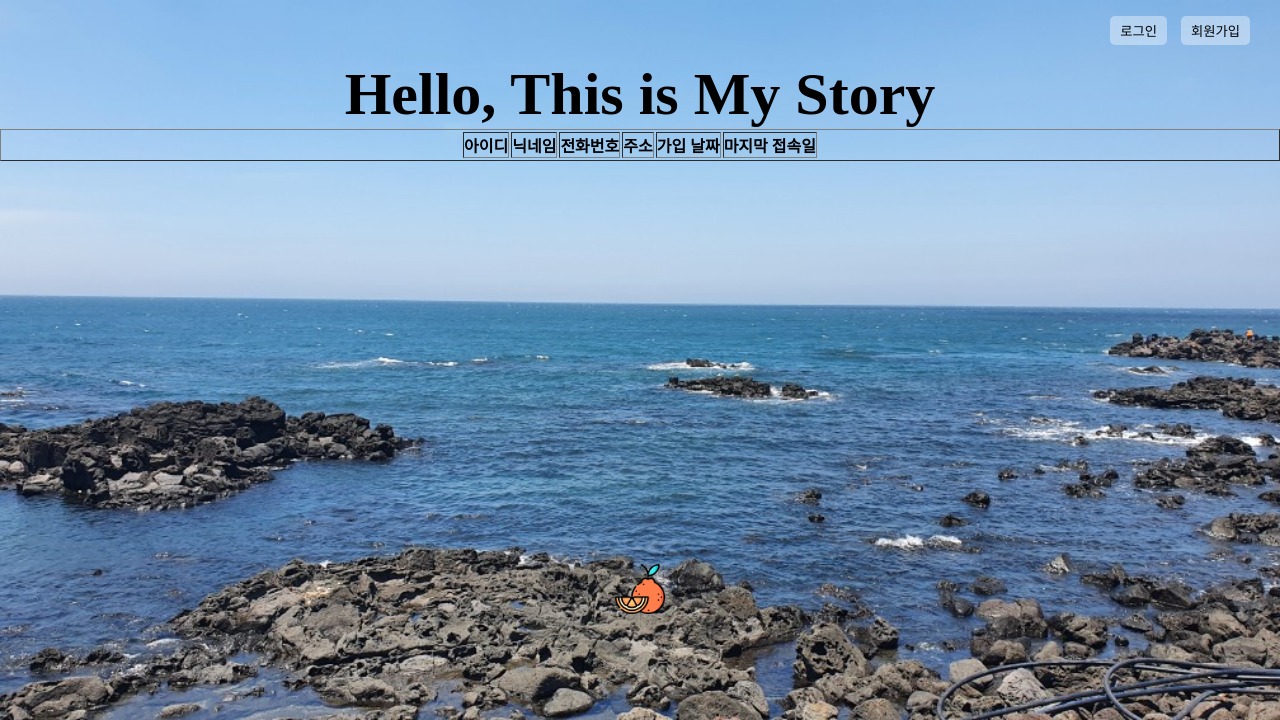
Repository: jeeniii/test2022_12_29
Page: http://localhost/portfolio/member/list.jsp
The author's editor kept a copy of each file at every save. The page is drawn from the files as they stood at one save, then again after the next save.
The browser window is 1280 px wide. The pictures show the whole page.
The page is served by Tomcat 9. Other server files are loaded and not shown. The template is opened directly, without the code that normally fills it, so the values that code supplies are empty.

Above is the page before, as saved 2022-12-14 00:55:10.

### JSP_Portfolio/portfolio/src/main/webapp/member/list.jsp
<%@ page language="java" contentType="text/html; charset=UTF-8"
    pageEncoding="UTF-8"%>
    <%@ taglib uri="http://java.sun.com/jsp/jstl/core" prefix="c" %>
<!DOCTYPE html>
<html>
<head>
<meta charset="UTF-8">
<title>Insert title here</title>
<link rel="stylesheet" href="/resources/css/memberlist.css" type="text/css">
<%@ include file="/header.jsp" %>
</head>
<body>
<div class="turnup">
<table border="1">
		<tr>
			<th>아이디</th>
			<th>닉네임</th>
			<th>전화번호</th>
			<th>주소</th>
			<th>가입 날짜</th>
			<th>마지막 접속일</th>
		</tr>
	<c:forEach items="${list }" var="mvo">
		<tr>
			<td>${mvo.id }</td>
			<td>${mvo.nick_name }</td>
			<td>${mvo.phone }</td>
			<td>${mvo.addr }</td>
			<td>${mvo.reg_at }</td>
			<td>${mvo.last_login }</td>
		</tr>
	</c:forEach>
</table>
</div>
<section>
</section>
<%@ include file="/footer.jsp" %>
</body>
</html>

### JSP_Portfolio/portfolio/src/main/webapp/header.jsp
<%@ page language="java" contentType="text/html; charset=UTF-8"
    pageEncoding="UTF-8"%>
    <%@ taglib uri="http://java.sun.com/jsp/jstl/core" prefix="c" %>
<!DOCTYPE html>
<html>
<head>
<meta charset="UTF-8">

<link rel="stylesheet" href="/resources/css/header.css" type="text/css">
</head>
<body>
	<header>
		<div class="realHeader">
			<div class="headbar">
				<ul>

					<c:if test="${ses.id ne null }">
						<li>
							${ses.nick_name }님
						</li>
						<li>
							<a href="/mem/logout?id=${ses.id }"><button type="button">로그아웃</button></a>
						</li>
						<li>
							<a href="/mem/modify?id=${ses.id }"><button type="button">회원정보수정</button></a>
						</li>
					</c:if>

					<c:if test="${ses.id eq null }">
						<li>
							<a href="/mem/login"><button type="button">로그인</button></a>
						</li>
						<li>
							<a href="/mem/join"><button type="button"> 회원가입</button></a>
						</li>
					</c:if>
				</ul>
			</div>
		</div>
		<div class="topic">
			<h1>Hello, This is My Story</h1>
		</div>
	</header>
</body>
</html>

### JSP_Portfolio/portfolio/src/main/webapp/footer.jsp
<%@ page language="java" contentType="text/html; charset=UTF-8"
    pageEncoding="UTF-8"%>
    <%@ taglib uri="http://java.sun.com/jsp/jstl/core" prefix="c" %>
<!DOCTYPE html>
<html>
<head>
<meta charset="UTF-8">
<title>Insert title here</title>
<link rel="stylesheet" href="/resources/css/footer.css" type="text/css">
</head>
<body>
<footer>
		<a href="/" id="hanlabtn"><button type="button"><img src="/resources/한라봉.png" id="hanlabong"></button></a>
</footer>
</body>
</html>

### JSP_Portfolio/portfolio/src/main/webapp/resources/css/memberlist.css
@charset "UTF-8";
table{
	display: flex;
	justify-content: center;
}
.turnup{
	height: 430px;
}

### JSP_Portfolio/portfolio/src/main/webapp/resources/css/header.css
@charset "UTF-8";
* {
    margin: 0;
    padding: 0;
    box-sizing: border-box;
}
body{
	width:100%;
	height:100%;
	background-image: url("/resources/제주 바다.jpg");
	background-repeat: no-repeat;
	background-size: cover;
}
.topic{
	text-align: center;
	font-size: 30px;
}
.realHeader{
	height: 60px;
}
.headbar{
	display: flex;
	align-items: center;
	float: right;
	padding: 0px 30px;
	height: 60px;
}
.headbar>ul{
    list-style-type: none;
}
.headbar>ul>li{
	display: inline;;
	margin-left: 10px;
	line-height: 30px;
	vertical-align: middle;
}
.headbar>ul>li>a{
	font-size: 20px;
	font-weight: 700px;
	color: black;
    text-decoration-line:none ;
}
button[type="button"]{
	border: 0px;
	padding: 5px 10px;
	border-radius: 5px;
	background-color: rgba(255, 255, 255, 0.377);
}

### JSP_Portfolio/portfolio/src/main/webapp/resources/css/footer.css
@charset "UTF-8";
#hanlabong{
    width: 50px;
    height: 50px;
}

#hanlabtn{
	background-color: transparent;
	border:none;
	cursor: pointer;
}
#hanlabtn button{
	background-color: transparent;
	border:none;
	cursor: pointer;

}
#hanlabtn:hover{
	transform:scale(1.5);
  	transition: transform .5s;
}
footer{
	width: 100%;
	display: flex;
	justify-content: center;
}

After the next save:
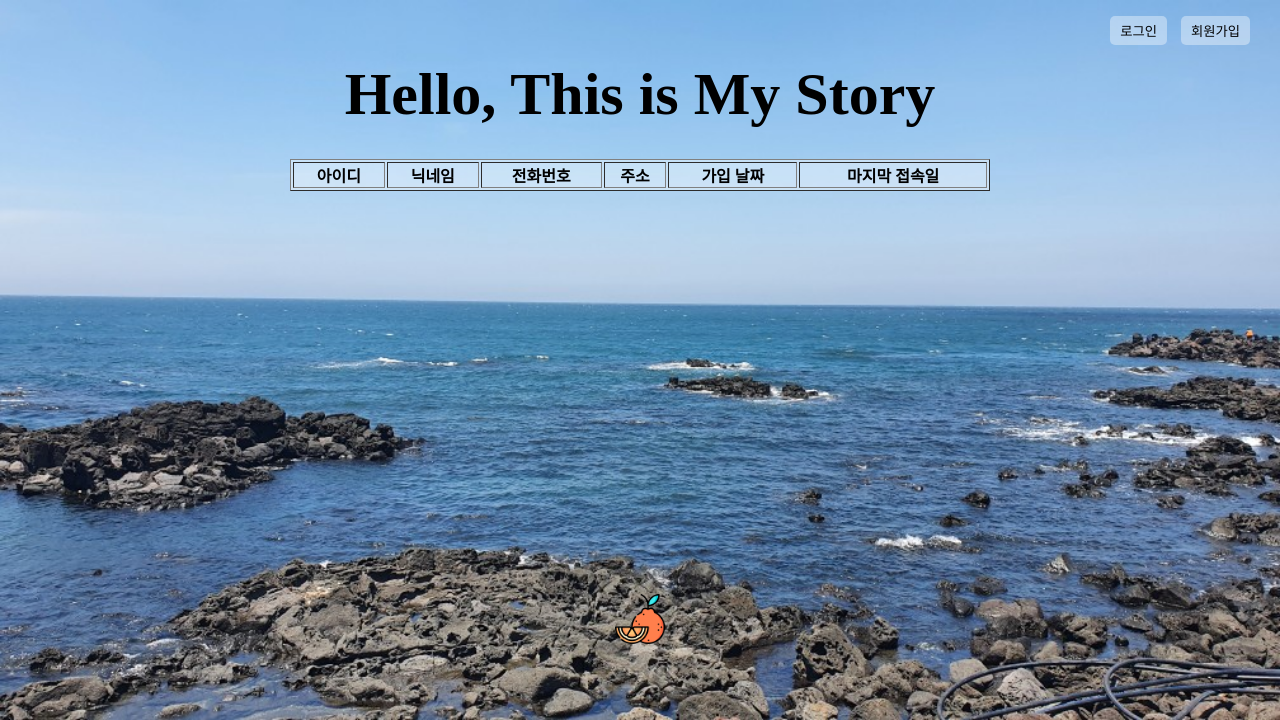
Saved 2 min 39 s later.
--- a/JSP_Portfolio/portfolio/src/main/webapp/resources/css/memberlist.css
+++ b/JSP_Portfolio/portfolio/src/main/webapp/resources/css/memberlist.css
@@ -1,7 +1,10 @@
 @charset "UTF-8";
-table{
-	display: flex;
-	justify-content: center;
+table {
+	margin-top: 30px;
+    margin-left:auto;
+    margin-right:auto;
+    width: 700px;
+    background-color: rgba(255, 255, 255, 0.377);
 }
 .turnup{
 	height: 430px;
